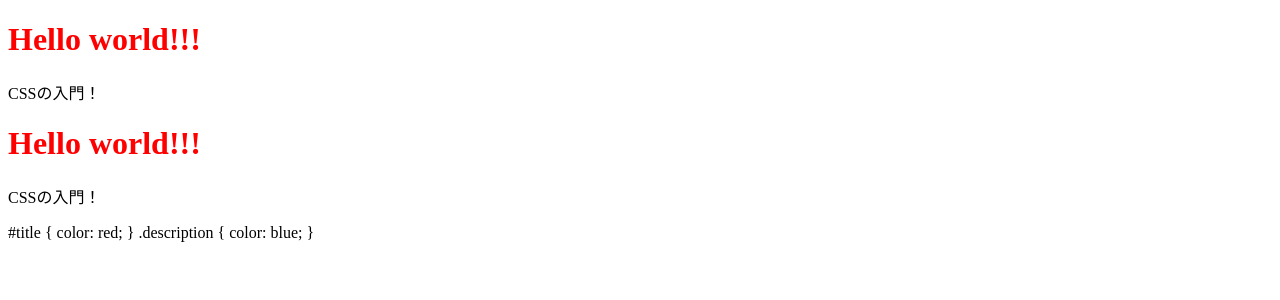
Repository: erikotanaka-san/mynews2
Page: html/css_intro/index.html
The author's editor kept a record of every edit. The page is drawn from the files as they stood at one moment, then again after the next edit.
The browser window is 1280 px wide. The pictures show the whole page.

Above is the page before.

After the next edit:
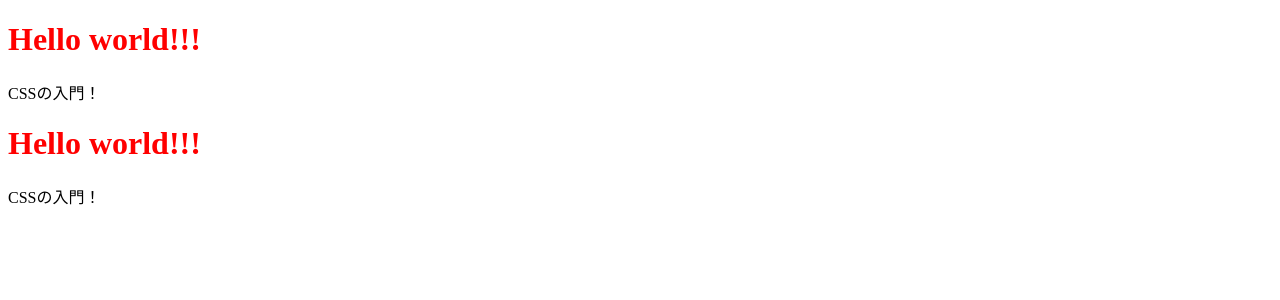
The edit:
--- a/html/css_intro/index.html
+++ b/html/css_intro/index.html
@@ -31,12 +31,6 @@
   <body>
     <h1 id="title">Hello world!!!</h1>
     <p class="description">CSSの入門！</p>
-#title {
-  color: red;
-}
 
-.description {
-  color: blue;
-}
   </body>
 </html>
